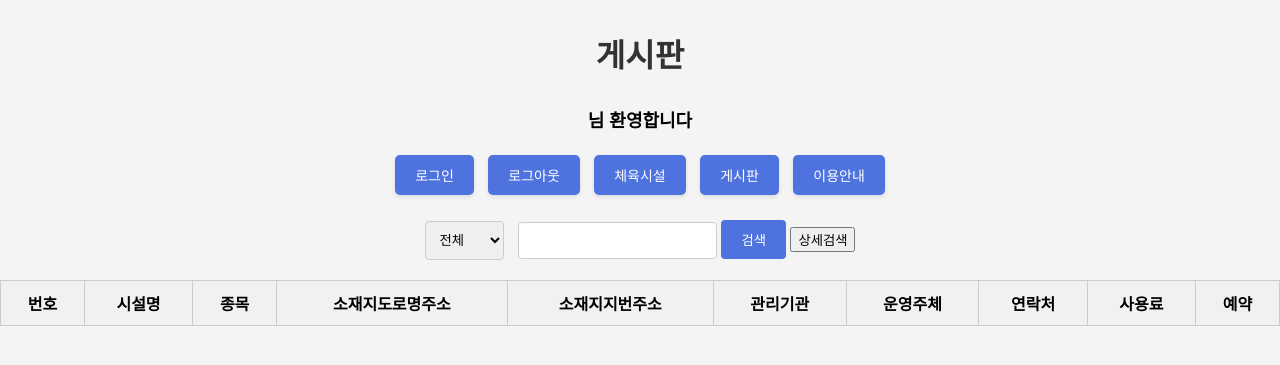
Repository: shinyunseok/portfolio1
Page: http://localhost/portfolio/WEB-INF/board/getBoard.jsp
An editor plug-in stored every save of this project. The page is shown before and after the next save, followed by the edit.
The browser window is 1280 px wide. The pictures show the whole page.
The page is served by Tomcat 10. Nobody is signed in. Other server files are loaded and not shown. The template is opened directly, without the code that normally fills it, so the values that code supplies are empty.

Above is the page before, as saved 2023-05-26 06:03:39.

### portfolio/src/main/webapp/WEB-INF/board/getBoard.jsp
<%@ page language="java" contentType="text/html; charset=UTF-8"
    pageEncoding="UTF-8"%>
<%@ taglib prefix="c" uri="http://java.sun.com/jsp/jstl/core" %>
<!DOCTYPE html>
<html>
<script>
function toggleAdvancedSearch() {
	var advancedSearchDiv = document.getElementById("advancedSearchDiv");
	advancedSearchDiv.style.display = (advancedSearchDiv.style.display === "none") ? "block" : "none";
}
</script>
<head>
<meta charset="UTF-8">
<style>
/* 전체 페이지 스타일 */
body {
    font-family: Arial, sans-serif;
    background-color: #f4f4f4;
    margin: 0;
    padding: 0;
}

/* 컨테이너 스타일 */
.container {
    max-width: 800px;
    margin: 0 auto;
    padding: 20px;
}

/* 제목 스타일 */
h1 {
    text-align: center;
    margin: 30px 0;
    color: #333;
}

/* 내비게이션 스타일 */
.navigation {
    margin-bottom: 20px;
    text-align: center;
}

.navigation h3 {
    margin-top: 0;
    font-size: 18px;
}

.navigation a {
    display: inline-block;
    margin: 5px;
    padding: 10px 20px;
    text-decoration: none;
    color: #fff;
    background-color: #4e73df;
    border-radius: 5px;
    transition: background-color 0.3s;
    font-size: 14px;
    border: none;
    cursor: pointer;
    box-shadow: 0 2px 4px rgba(0, 0, 0, 0.1);
}

.navigation a:hover {
    background-color: #3756a4;
}

/* 검색창 스타일 */
.search-form {
    display: flex;
    justify-content: center;
    margin-bottom: 20px;
}

.search-form select,
.search-form input[type="text"] {
    padding: 10px;
    border: 1px solid #ccc;
    border-radius: 4px;
}

.search-form select {
    margin-right: 10px;
}

.search-form button[type="submit"] {
    padding: 10px 20px;
    background-color: #4e73df;
    color: #fff;
    border: none;
    border-radius: 4px;
    cursor: pointer;
}

.search-form button[type="submit"]:hover {
    background-color: #3756a4;
}

/* 테이블 스타일 */
table {
    width: 100%;
    border-collapse: collapse;
}

th, td {
    padding: 10px;
    border: 1px solid #ccc;
}

th {
    background-color: #f1f1f1;
    text-align: center;
}

td {
    text-align: left;
}

/* selectEvent 스타일 */
.selectEvent {
    margin-bottom: 20px;
    text-align: center;
}

.selectEvent a {
    display: inline-block;
    margin: 5px;
    padding: 10px 20px;
    text-decoration: none;
    color: #333;
    border: 1px solid #ccc;
    border-radius: 5px;
    transition: background-color 0.3s;
    font-size: 14px;
    cursor: pointer;
}

.selectEvent a:hover {
    background-color: #f1f1f1;
}

/* selectBar 스타일 */
#selectBar {
    text-align: center;
    margin-bottom: 20px;
}

#selectBar select,
#selectBar input[type="text"] {
    padding: 10px;
    border: 1px solid #ccc;
    border-radius: 4px;
}

#selectBar select {
    margin-right: 10px;
}

#selectBar button[type="submit"] {
    padding: 10px 20px;
    background-color: #4e73df;
    color: #fff;
    border: none;
    border-radius: 4px;
    cursor: pointer;
}

#selectBar button[type="submit"]:hover {
    background-color: #3756a4;
}

#selectBar button[type="button"] {
    padding: 10px 20px;
    background-color: #4e73df;
    color: #fff;
    border: none;
    border-radius: 4px;
    cursor: pointer;
}

#selectBar button[type="button"]:hover {
    background-color: #3756a4;
}

/* advancedSearchDiv 스타일 */
#advancedSearchDiv {
    display: none;
    text-align: center;
    margin-bottom: 20px;
    padding-top: 20px;
    border-top: 1px solid #ccc;
}

#advancedSearchDiv label {
    display: block;
    margin-bottom: 10px;
}

#advancedSearchDiv input[type="radio"] {
    margin-right: 5px;
}

</style>




<title>게시판</title>
</head>
<body>
	<h1>게시판</h1>
	<div class="navigation">
    <h3>${user_name}님 환영합니다</h3>
    <c:if test="${empty user_id}">
        <a href="login.do">로그인</a>
    </c:if>
    <a href="logout.do">로그아웃</a>
    <!-- <a href="insertUser.do">회원가입</a> -->
    <a href="getSportList.do">체육시설</a>
    <a href="getBoardList.do">게시판</a>
    <a href="#">이용안내</a>
</div>

<div id="selectBar" style="text-align: center;">
	<select>
		<option>전체</option>
		<option>시설명</option>
		<option>지역</option>
	</select>
	<input type="text" required="검색어를 입력하세요"> <button type="submit">검색</button>
	<button onclick="toggleAdvancedSearch()">상세검색</button>
</div>
<div id="advancedSearchDiv" style="display: none;">
	지역 <input type="radio">장안구<input type="radio">권선구<input type="radio">팔달구<input type="radio">영통구 <br>
	이용날짜 <input type="date"> <br>
	접수상태 <input type="radio"> 예약가능 <input type="radio"> 예약중 <input type="radio"> 예약완료 <br>
	이용요금 <input type="radio"> 유료 <input type="radio"> 무료
</div>
	<table>
		<tr>
			<th>번호</th>
			<th>시설명</th>
			<th>종목</th>
			<th>소재지도로명주소</th>
			<th>소재지지번주소</th>
			<th>관리기관</th>
			<th>운영주체</th>
			<th>연락처</th>
			<th>사용료</th>
			<th>예약</th>
		</tr>



		<c:forEach items="${sportList}" var="sport">
		<tr>
			<td>${sport.rnum }</td>
			<td>${sport.facility_name }</td>
			<td>${sport.event } </td>
			<td>${sport.road_address } </td>
			<td>${sport.landlot_address } </td>
			<td>${sport.management_agency } </td>
			<td>${sport.operating_entity } </td>
			<td>${sport.contact_number } </td>
			<td>${sport.usage_free } </td>
			<td> <a href="#"> 예약하기</a></td>
		</tr>
		</c:forEach>


	</table>

</body>
</html>

After the next save:
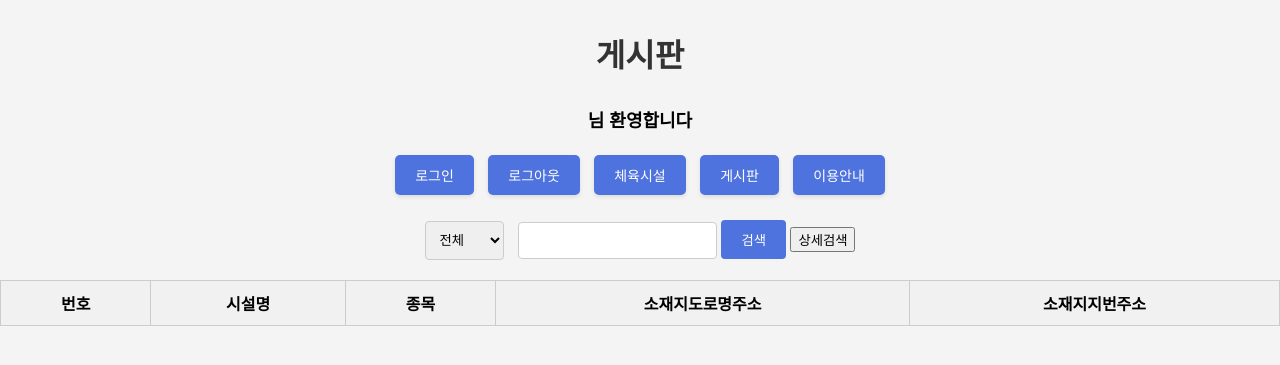
Saved 15 s later.
--- a/portfolio/src/main/webapp/WEB-INF/board/getBoard.jsp
+++ b/portfolio/src/main/webapp/WEB-INF/board/getBoard.jsp
@@ -242,11 +242,6 @@ td {
 			<th>종목</th>
 			<th>소재지도로명주소</th>
 			<th>소재지지번주소</th>
-			<th>관리기관</th>
-			<th>운영주체</th>
-			<th>연락처</th>
-			<th>사용료</th>
-			<th>예약</th>
 		</tr>
 
 
